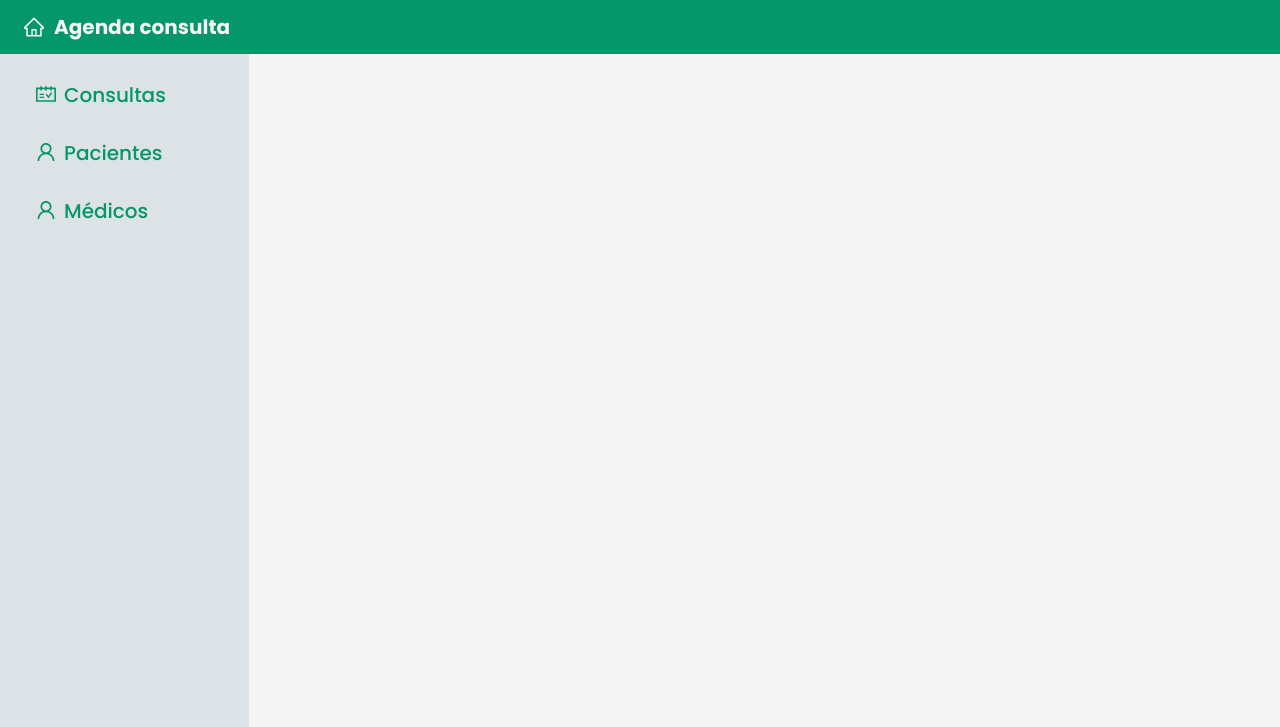
Repository: BarbaraCD/agendaconsulta
Page: /
The author's editor kept a copy of each file at every save. The page is drawn from the files as they stood at one save, then again after the next save.
The browser window is 1280 px wide. The pictures show the whole page.
The project was rebuilt for these pictures with package versions that can differ from the ones it lists, and the page was loaded fresh each time. Also part of the build but not shown: vite.config.ts, src/services/ApiConfig.ts, src/services/appointment.services.ts, src/styles/InputContainer.ts, src/styles/Appointments.ts, src/services/doctor.services.ts, src/services/patient.services.ts, src/components/Calendar.tsx and 6 more.

Above is the page before, as saved 2023-08-31 14:54:40.

After the next save:
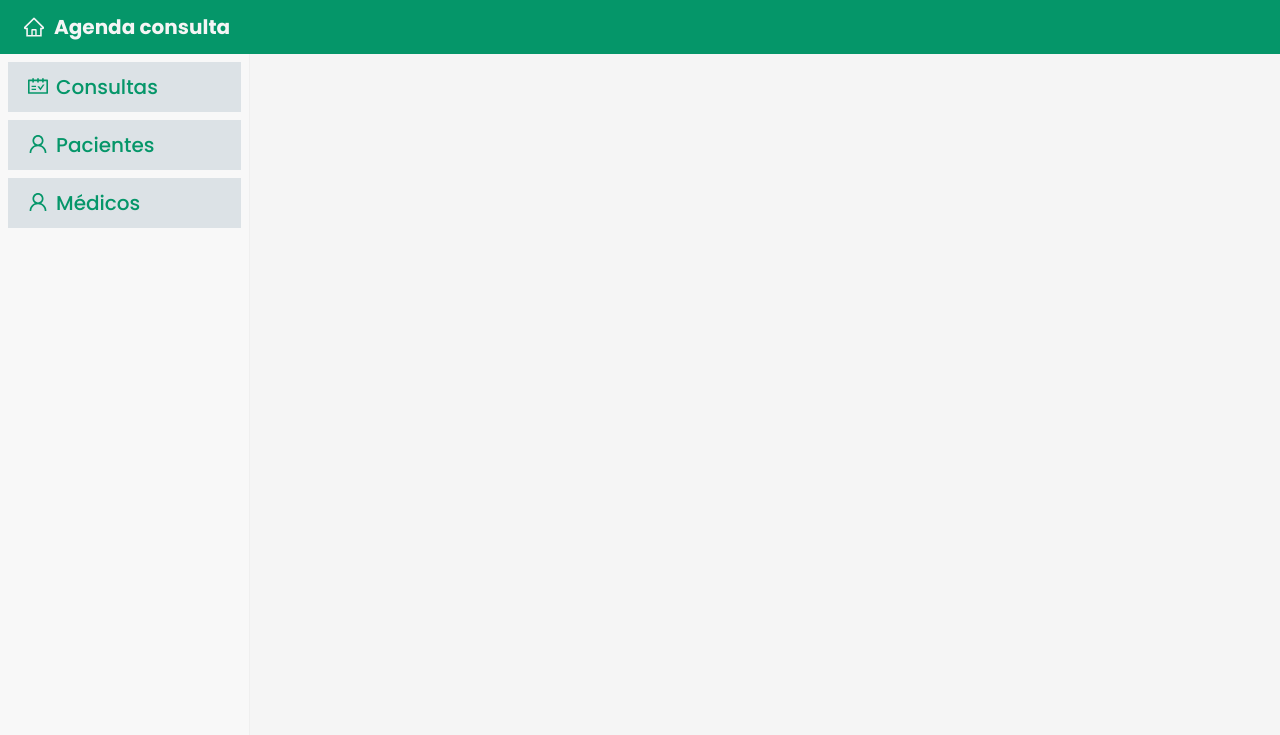
Saved 6 s later.
--- a/src/styles/SidebarStyled.ts
+++ b/src/styles/SidebarStyled.ts
@@ -9,8 +9,7 @@ export const StyledSidebar = styled(Sidebar)`
 
 export const StyledList = styled(Menu)`
   list-style: none;
-  padding: 0.5rem;
-  background-color: ${(props) => props.theme.colors.sbcolor};
+
   height: 93.5vh;
   min-height: 100%;
 

After the save that followed:
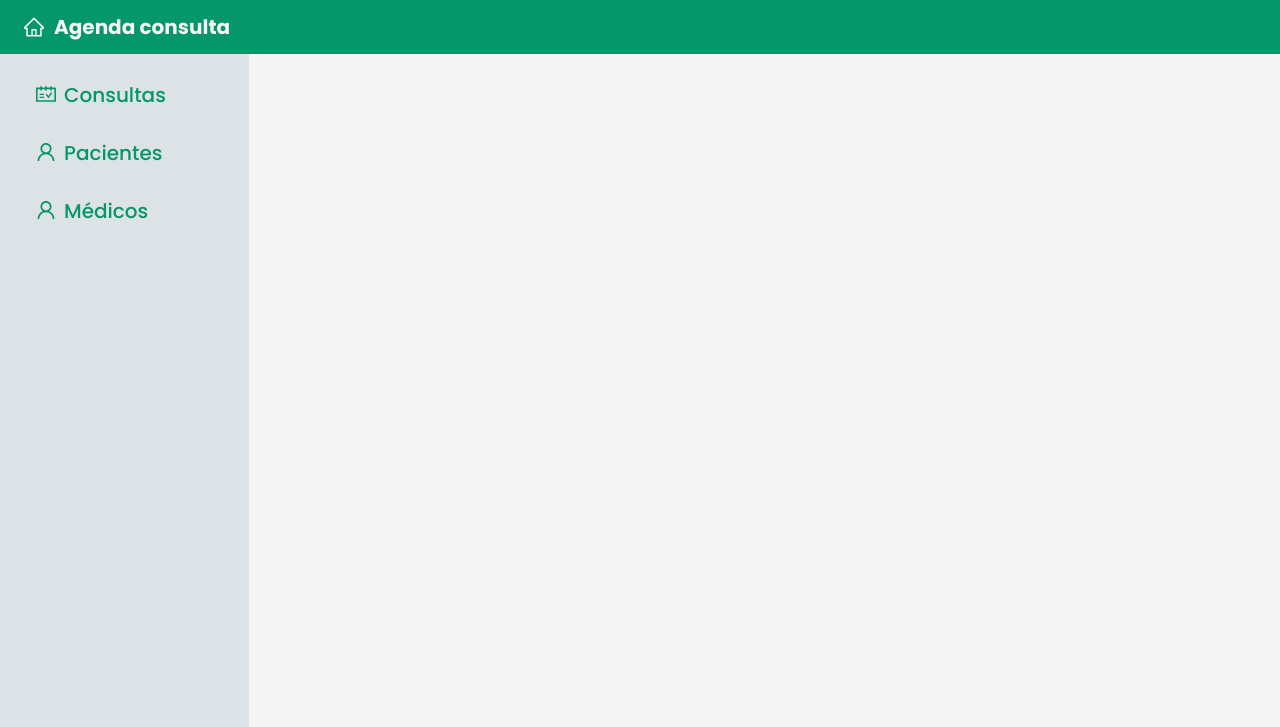
Saved 8 s later.
--- a/src/styles/SidebarStyled.ts
+++ b/src/styles/SidebarStyled.ts
@@ -9,7 +9,8 @@ export const StyledSidebar = styled(Sidebar)`
 
 export const StyledList = styled(Menu)`
   list-style: none;
-
+  padding: 0.5rem;
+  background-color: ${(props) => props.theme.colors.sbcolor};
   height: 93.5vh;
   min-height: 100%;
 
